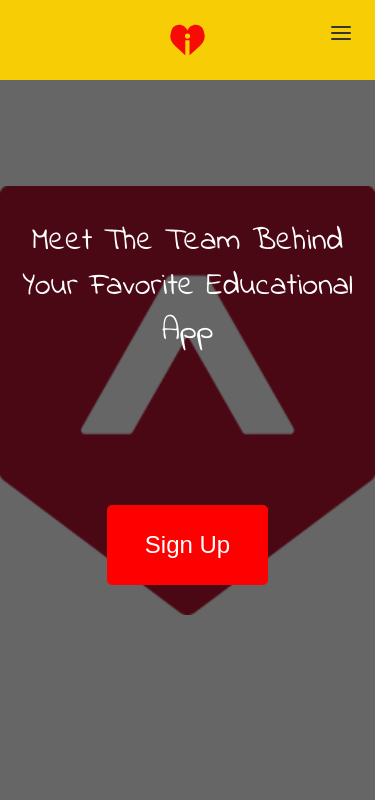
Repository: internationalrural-school-report/maketing-page
Page: about-us.html
These files come from the project's save history. The page is drawn as it stood at one moment and after the next save; the edit follows.
The browser window is 375 px wide. The pictures show the window.
A layer covers the whole window, so only the first screen is drawn. Backgrounds fixed to the window are drawn as part of the page.

Above is the page before, as saved 2019-08-29 19:55:58.

After the next save:
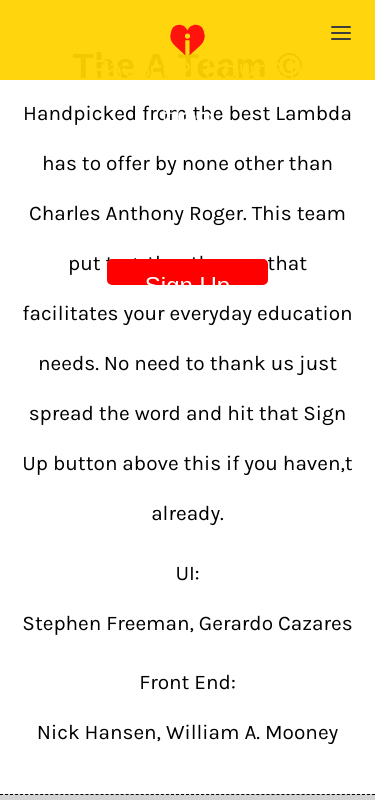
Saved 48 s later.
--- a/about-us-marketing.css
+++ b/about-us-marketing.css
@@ -591,7 +591,7 @@
     align-items: center;
     justify-content: center;
     width: 100%;
-    height: 100vh;
+    height: 100%;
     position: relative;
     bottom: 0px;
     margin: 0;
@@ -638,7 +638,7 @@
   .cta-txt-container button {
     padding: 10px 22px;
     width: 45%;
-    height: 5rem;
+    height: 100%;
     border-radius: 5px;
     text-align: center;
     background-color: red;

After the save that followed:
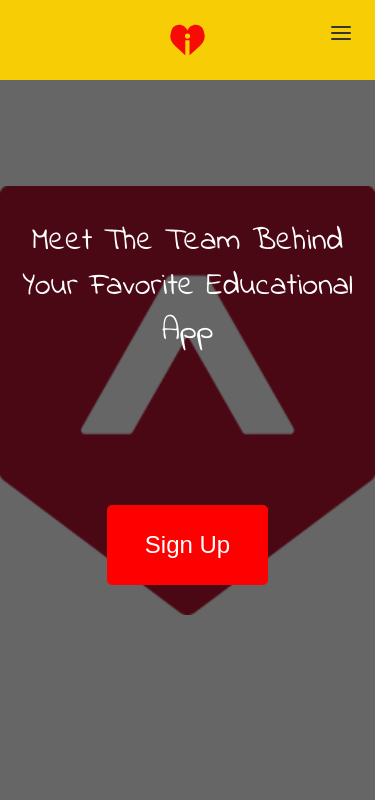
Saved 15 s later.
--- a/about-us-marketing.css
+++ b/about-us-marketing.css
@@ -591,7 +591,7 @@
     align-items: center;
     justify-content: center;
     width: 100%;
-    height: 100%;
+    height: 100vh;
     position: relative;
     bottom: 0px;
     margin: 0;
@@ -638,7 +638,7 @@
   .cta-txt-container button {
     padding: 10px 22px;
     width: 45%;
-    height: 100%;
+    height: 5rem;
     border-radius: 5px;
     text-align: center;
     background-color: red;
